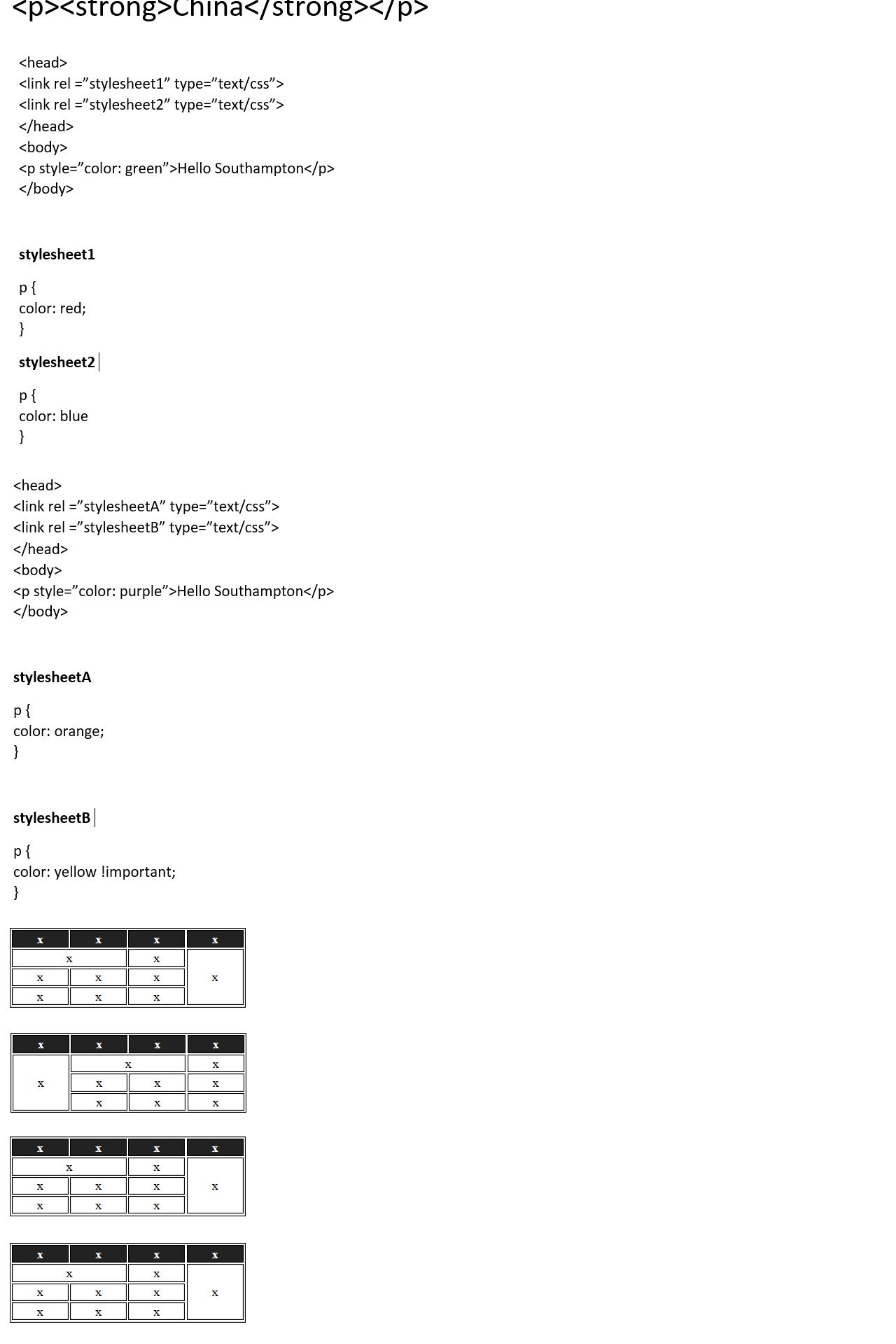
Repository: DigitalExperienceTeam/assessmentImages
Page: index.html
The author's editor kept a record of every edit. The page is drawn from the files as they stood at one moment, then again after the next edit.
The browser window is 1280 px wide. The pictures show the part of the page from y = 2621 to 4541 px (the page is 4541 px tall before and 4535 px after), at 70% of full size.

Above is the page before.

After the next edit:
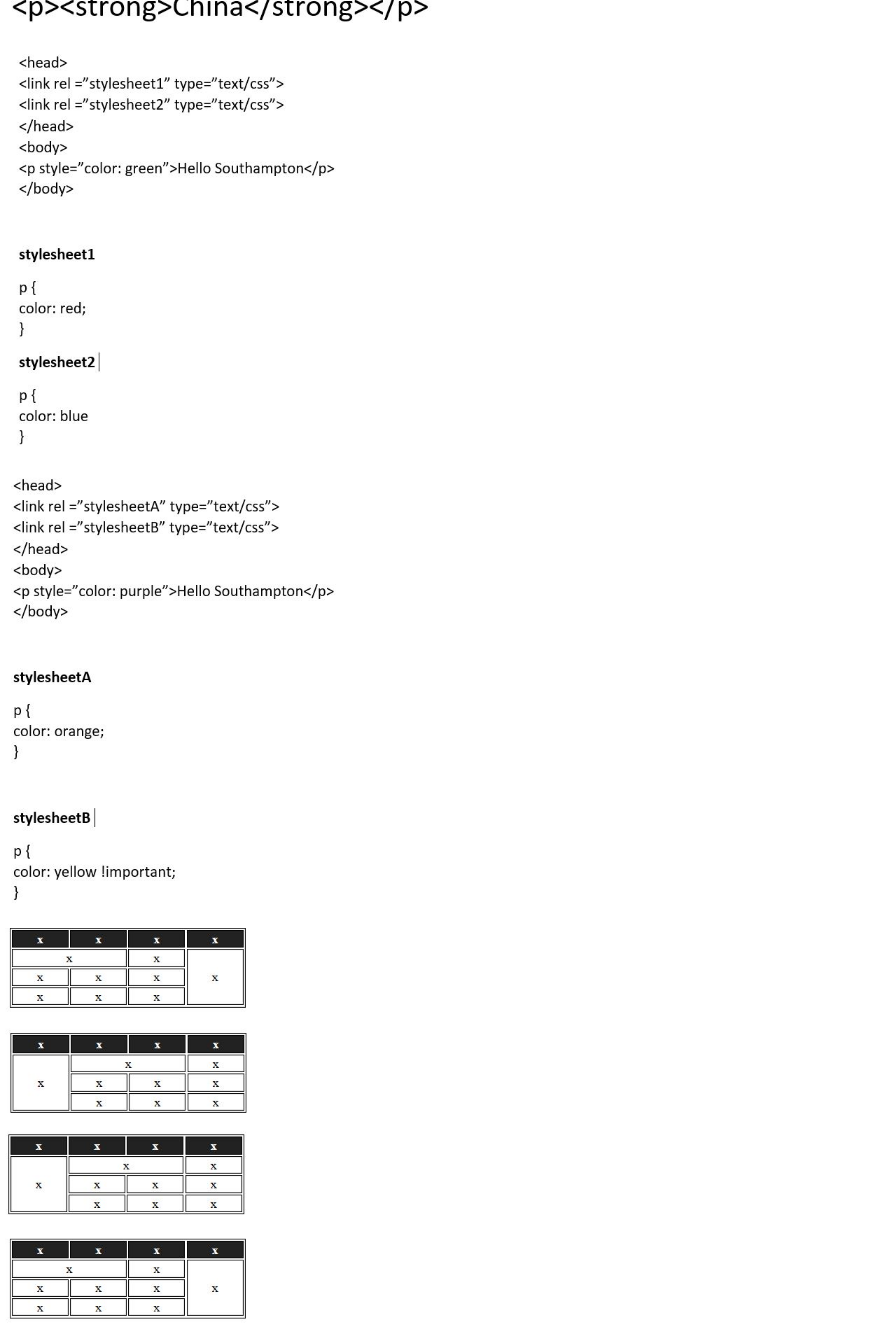
The edit:
--- a/index.html
+++ b/index.html
@@ -26,7 +26,7 @@
 
      <p><img src="table2.jpg"></p>
 
-     <p><img src="table1.jpg"></p>
+     <p><img src="table3.jpg"></p>
 
      <p><img src="table1.jpg"></p>
 
